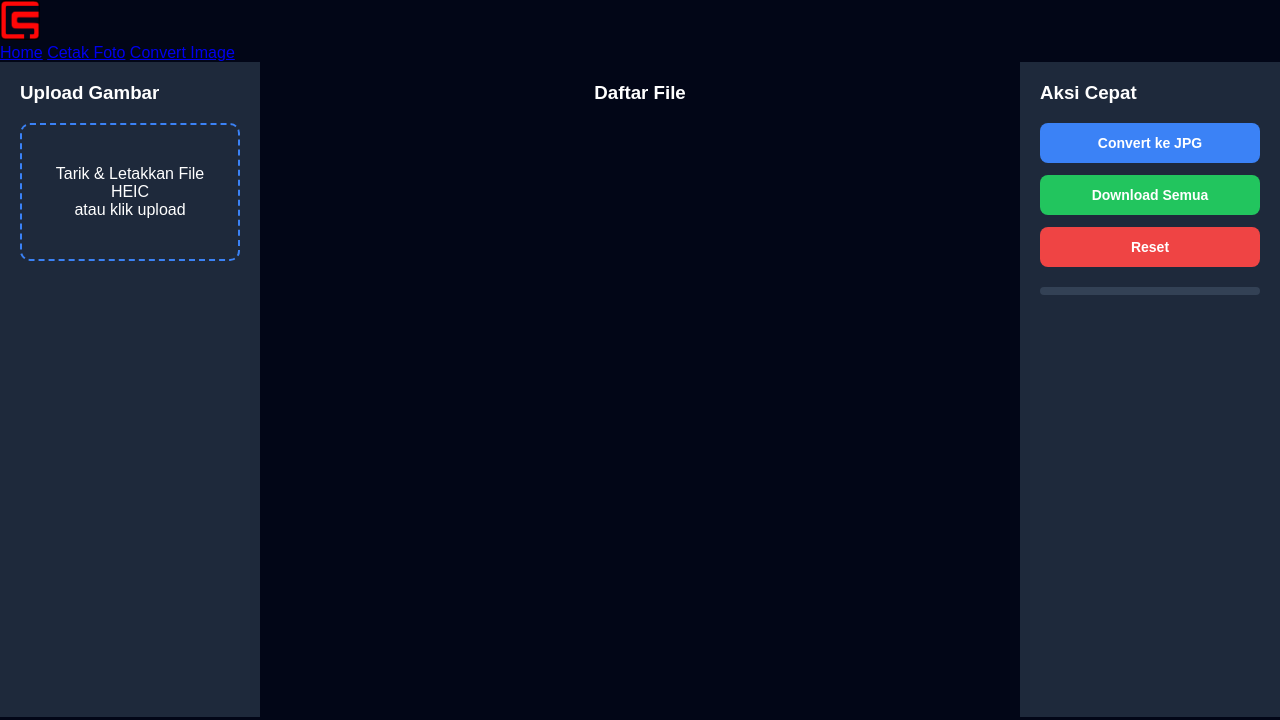
Repository: procinema22/hiisedulurfc
Page: hesedulur-main/convert-image.html
The author's editor kept a copy of each file at every save. The page is drawn from the files as they stood at one save, then again after the next save.
The browser window is 1280 px wide. The pictures show the whole page.

Above is the page before, as saved 2026-04-23 23:32:36.

After the next save:
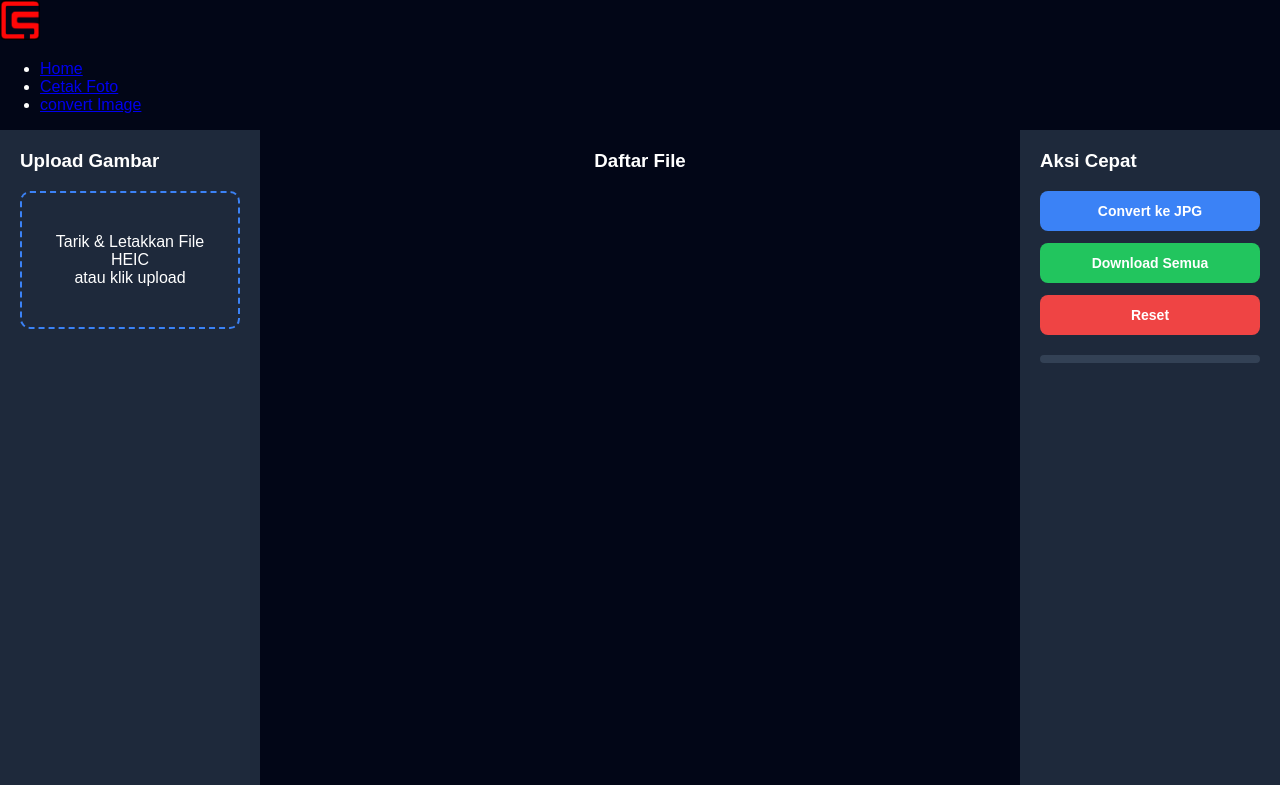
Saved 36 s later.
--- a/hesedulur-main/convert-image.html
+++ b/hesedulur-main/convert-image.html
@@ -17,7 +17,6 @@
 
 <!-- NAVBAR -->
 <header>
-
   <div class="logo">
     <a href="index.html">
       <img src="img/loggo/sdlr.png" alt="Sedulur Foto Copy">
@@ -25,11 +24,13 @@
   </div>
 
   <nav>
-    <a href="index.html">Home</a>
-    <a href="cetakfoto.html">Cetak Foto</a>
-    <a href="convert-image.html">Convert Image</a>
+    <ul>
+      <li><a href="index.html">Home</a></li>
+      <li><a href="cetakfoto.html" class="active">Cetak Foto</a></li>
+      <li><a href="convert-image.html">convert Image</a></li>
+
+    </ul>
   </nav>
-
 </header>
 
 
